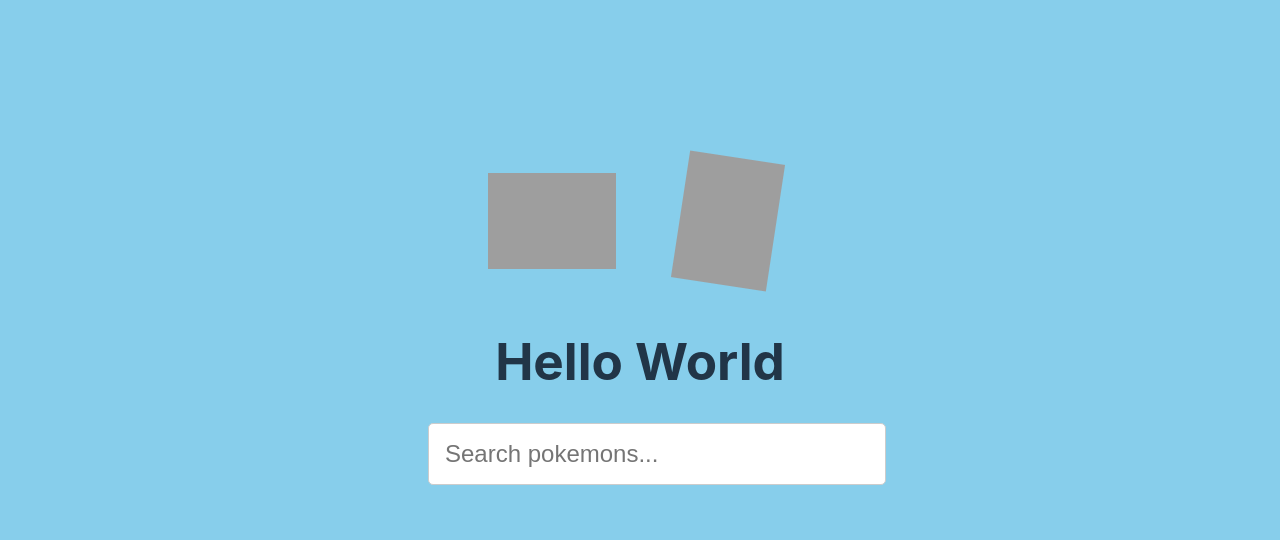
Repository: marianozamora/vite-test-plat
Page: /
An editor plug-in stored every save of this project. The page is shown before and after the next save, followed by the edit.
The browser window is 1280 px wide. The pictures show the whole page.
Pictures or frames that could not be fetched are drawn as grey boxes. The page's requests for data from a server got no answer. The project was rebuilt for these pictures with package versions that can differ from the ones it lists, and the page was loaded fresh each time. No one was signed in, and anything a server would have sent is missing. Also part of the build but not shown: vite.config.js, src/list.styl.

Above is the page before, as saved 2023-06-22 17:33:12.

After the next save:
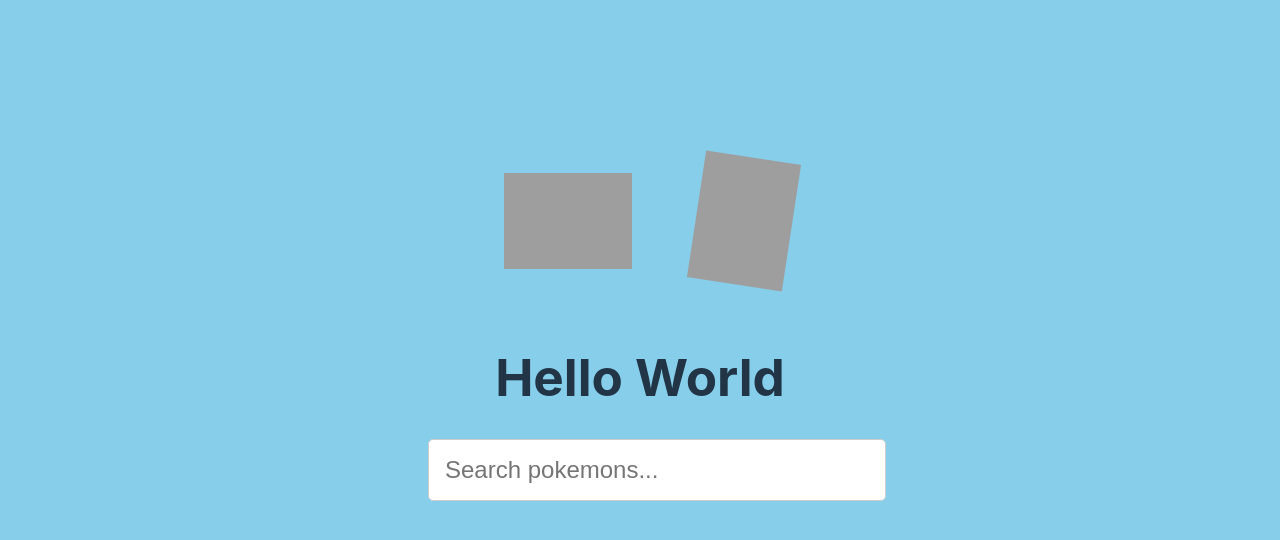
Saved 9 s later.
--- a/src/App.jsx
+++ b/src/App.jsx
@@ -37,7 +37,7 @@
 
   return (
     <>
-      <div>
+      <div className='container'>
         <a href="https://vitejs.dev" target="_blank" rel="noreferrer">
           <img src={viteLogo} className="logo" alt="Vite logo" />
         </a>

After the 2 saves that followed:
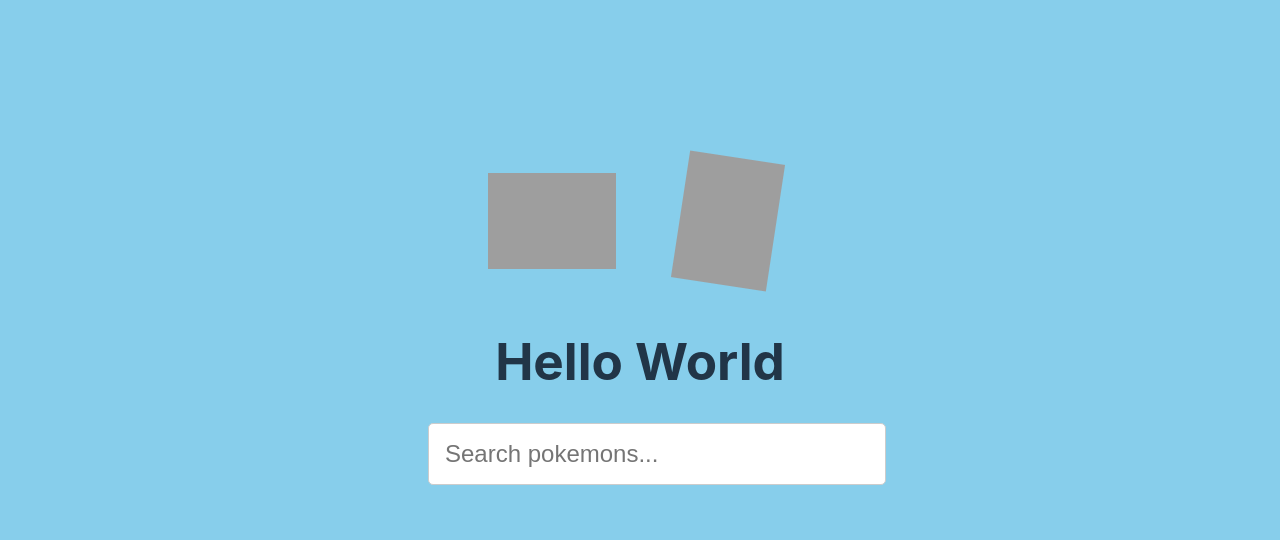
The 2 saves are shown as one change because they came seconds apart.
The last was saved 28 s later.
--- a/src/App.jsx
+++ b/src/App.jsx
@@ -36,8 +36,8 @@
 	}, []);
 
   return (
-    <>
-      <div className='container'>
+    <div>
+      <div>
         <a href="https://vitejs.dev" target="_blank" rel="noreferrer">
           <img src={viteLogo} className="logo" alt="Vite logo" />
         </a>
@@ -53,7 +53,7 @@
         onChange={(e)=> filterByText(e)}
       />
       <List data={pokemons} />
-    </>
+    </div>
   )
 }
 
